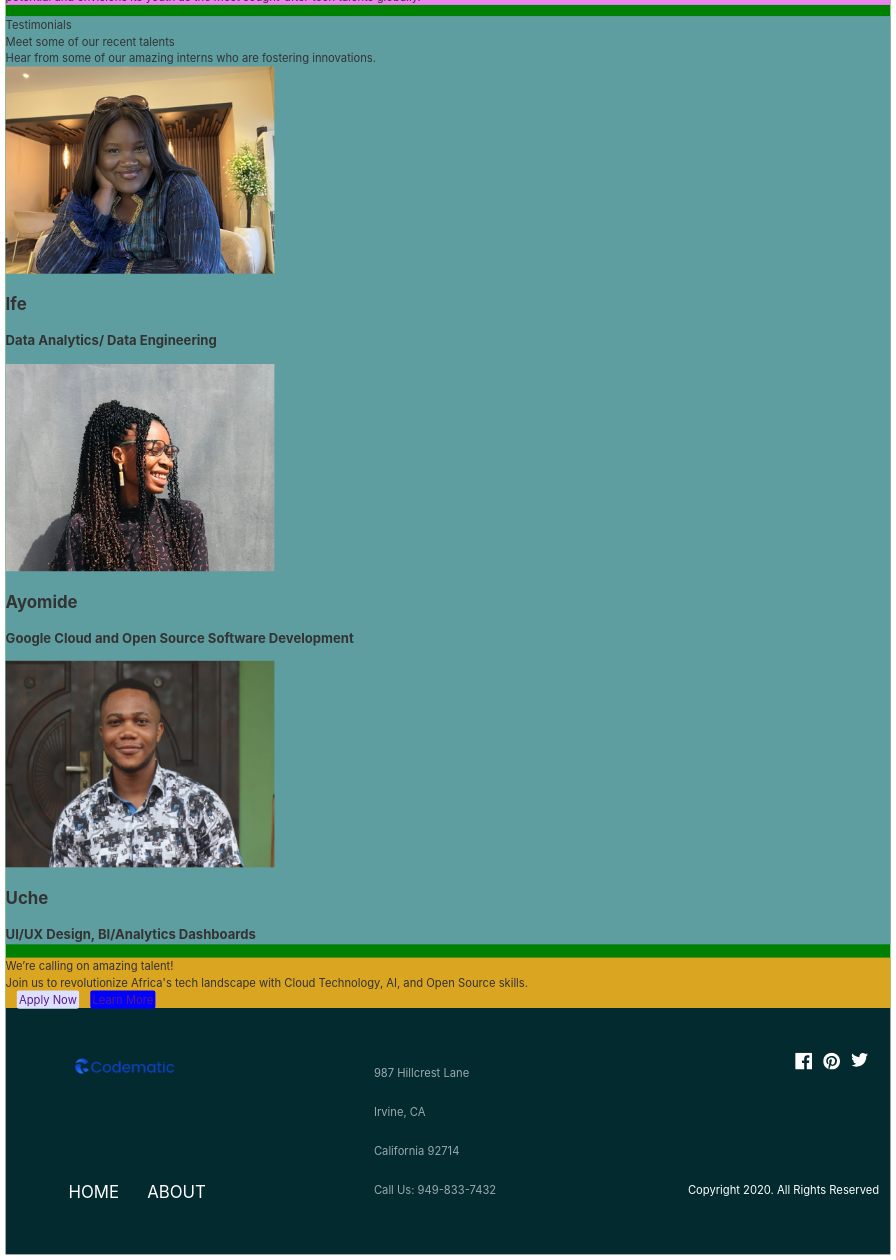
Repository: Gabriel221-dev/Codematic-page
Page: /
An editor plug-in stored every save of this project. The page is shown before and after the next save, followed by the edit.
The browser window is 1280 px wide. The pictures show the part of the page from y = 3280 to 5200 px (the page is 5080 px tall before and 5200 px after), at 70% of full size.
The project was rebuilt for these pictures with package versions that can differ from the ones it lists, and the page was loaded fresh each time. Also part of the build but not shown: vite.config.js.

Above is the page before, as saved 2024-07-25 10:39:28.

### src/App.jsx
import "./App.css";
import Home from "./pages/home";
import Header from "./components/Header";
import Footer from "./components/Footer";
import { BrowserRouter as Router, Route, Routes } from "react-router-dom";
import "./styles/global.css";

const App = () => {
  return (
    <Router>
      <Header />
      <main>
        <Routes>
          <Route path="/" element={<Home />} />
        </Routes>
      </main>
      <Footer />
    </Router>
  );
};

export default App;

### src/index.css
:root {
  font-family: Inter, system-ui, Avenir, Helvetica, Arial, sans-serif;
  line-height: 1.5;
  font-weight: 400;
  padding: 0 0;

  /* color-scheme: light dark;
  background-color: #242424;
  background-color:turquoise; */

}

### src/App.css
#root {
  max-width: 1280px;
  margin: 0 auto;
  /* padding: 2rem;
  text-align: center;
  background-color:bisque */

}

### src/components/Header.jsx
import { useState } from "react";
import { NavLink } from "react-router-dom";
import { FaBars } from "react-icons/fa";
import Sidebar from "./Sidebar";
import "./Header.css";
import { IconContext } from "react-icons";

const Header = () => {
  const [isSidebarToggled, setSidebarToggled] = useState(false);

  const handleToggle = () => {
    setSidebarToggled((prev) => !prev);
  };

  return (
    <>
      <IconContext.Provider value={{ color: "#fff" }}>
        <header className="header">
          <nav className="header__nav">
            <NavLink className="header__brand" to="/">
              <img
                className="header__logo"
                src="/public/Images/codematic-logo-dark-1536x351.png.png"
                alt="Logo"
                loading="eager"
                width="160"
              />
            </NavLink>

            <ul className="header__navigation">
              <li className="header__link">
                <NavLink
                  className={({ isActive }) =>
                    isActive
                      ? "header__anchor header__anchor--active"
                      : "header__anchor"
                  }
                  to="/"
                >
                  Home
                </NavLink>
              </li>
              <li className="header__link">
                <NavLink
                  className={({ isActive }) =>
                    isActive
                      ? "header__anchor header__anchor--active"
                      : "header__anchor"
                  }
                  to=""
                >
                  About Us
                </NavLink>
              </li>
              <li className="header__link">
                <NavLink
                  className={({ isActive }) =>
                    isActive
                      ? "header__anchor header__anchor--active"
                      : "header__anchor"
                  }
                  to=""
                >
                  Focus Areas
                </NavLink>
              </li>
              <li className="header__link">
                <NavLink
                  className={({ isActive }) =>
                    isActive
                      ? "header__anchor header__anchor--active"
                      : "header__anchor"
                  }
                  to=""
                >
                  Our Goals
                </NavLink>
              </li>
              <li className="header__link">
                <NavLink
                  className={({ isActive }) =>
                    isActive
                      ? "header__anchor header__anchor--active"
                      : "header__anchor"
                  }
                >
                  Testimonies
                </NavLink>
              </li>
              <NavLink className="header__btn" to="/contact">
                Apply Now
              </NavLink>
            </ul>

            <button
              className="header__menu"
              title="Toggle Menu"
              onClick={handleToggle}
            >
              <FaBars />
            </button>
          </nav>
          <Sidebar isOpen={isSidebarToggled} onToggle={handleToggle} />
        </header>
      </IconContext.Provider>
    </>
  );
};

export default Header;

### src/components/Footer.jsx
import { Link } from "react-router-dom";
import "./Footer.css";

const Footer = () => {
  return (
    <footer className="footer">
      <div className="footer__content">
        <div className="footer__pages">
          <img
            className="footer__logo"
            src="/public/Images/codematic-logo-dark-1536x351.png.png"
            alt="Logo"
            loading="lazy"
            width="160"
          />

          <ul className="footer__navigation">
            <li className="footer__link">
              <Link className="link-anchor footer__anchor" to="/">
                home
              </Link>
            </li>
            <li className="footer__link">
              <Link className="link-anchor footer__anchor" to="/about">
                about
              </Link>
            </li>
          </ul>
        </div>

        <div className="footer__information">
          <p className="footer__text paragraph-2">987 Hillcrest Lane</p>
          <p className="footer__text paragraph-2">Irvine, CA</p>
          <p className="footer__text paragraph-2">California 92714</p>
          <p className="footer__text paragraph-2">Call Us: 949-833-7432</p>
        </div>

        <div className="footer__more">
          <div className="footer__socials">
            <a href="#" aria-label="Facebook" className="footer__social">
              <svg
                className="footer__icon"
                xmlns="http://www.w3.org/2000/svg"
                width="24"
                height="24"
              >
                <path
                  fill="#FFF"
                  d="M22.675 0H1.325C.593 0 0 .593 0 1.325v21.351C0 23.407.593 24 1.325 24H12.82v-9.294H9.692v-3.622h3.128V8.413c0-3.1 1.893-4.788 4.659-4.788 1.325 0 2.463.099 2.795.143v3.24l-1.918.001c-1.504 0-1.795.715-1.795 1.763v2.313h3.587l-.467 3.622h-3.12V24h6.116c.73 0 1.323-.593 1.323-1.325V1.325C24 .593 23.407 0 22.675 0z"
                />
              </svg>
            </a>
            <a href="#" aria-label="Pinterest" className="footer__social">
              <svg
                className="footer__icon"
                xmlns="http://www.w3.org/2000/svg"
                width="24"
                height="24"
              >
                <path
                  fill="#FFF"
                  d="M12 0C5.373 0 0 5.372 0 12c0 5.084 3.163 9.426 7.627 11.174-.105-.949-.2-2.405.042-3.441.218-.937 1.407-5.965 1.407-5.965s-.359-.719-.359-1.782c0-1.668.967-2.914 2.171-2.914 1.023 0 1.518.769 1.518 1.69 0 1.029-.655 2.568-.994 3.995-.283 1.194.599 2.169 1.777 2.169 2.133 0 3.772-2.249 3.772-5.495 0-2.873-2.064-4.882-5.012-4.882-3.414 0-5.418 2.561-5.418 5.207 0 1.031.397 2.138.893 2.738a.36.36 0 01.083.345l-.333 1.36c-.053.22-.174.267-.402.161-1.499-.698-2.436-2.889-2.436-4.649 0-3.785 2.75-7.262 7.929-7.262 4.163 0 7.398 2.967 7.398 6.931 0 4.136-2.607 7.464-6.227 7.464-1.216 0-2.359-.631-2.75-1.378l-.748 2.853c-.271 1.043-1.002 2.35-1.492 3.146C9.57 23.812 10.763 24 12 24c6.627 0 12-5.373 12-12 0-6.628-5.373-12-12-12z"
                />
              </svg>
            </a>
            <a href="#" aria-label="Twitter" className="footer__social">
              <svg
                className="footer__icon"
                xmlns="http://www.w3.org/2000/svg"
                width="24"
                height="20"
              >
                <path
                  fill="#FFF"
                  d="M24 2.557a9.83 9.83 0 01-2.828.775A4.932 4.932 0 0023.337.608a9.864 9.864 0 01-3.127 1.195A4.916 4.916 0 0016.616.248c-3.179 0-5.515 2.966-4.797 6.045A13.978 13.978 0 011.671 1.149a4.93 4.93 0 001.523 6.574 4.903 4.903 0 01-2.229-.616c-.054 2.281 1.581 4.415 3.949 4.89a4.935 4.935 0 01-2.224.084 4.928 4.928 0 004.6 3.419A9.9 9.9 0 010 17.54a13.94 13.94 0 007.548 2.212c9.142 0 14.307-7.721 13.995-14.646A10.025 10.025 0 0024 2.557z"
                />
              </svg>
            </a>
          </div>
          <p className="footer__copy paragraph-2">
            Copyright 2020. All Rights Reserved
          </p>
        </div>
      </div>
    </footer>
  );
};

export default Footer;

### src/styles/global.css
* {
    /* margin: 0; */
    padding: 0;
    /* box-sizing: border-box; */
  }

  body {
    /* font-family: "Livvic", sans-serif; */
    /* line-height: 1.6; */
    color: #333;
    background-color: white;
  }

### src/pages/Home.css
.Home{
    /* padding: 1rem; */
    background-color:green;
}
.Home-1{
    background-color:red;
    text-align: center;
}
.mark{
    background-color:white;
    border-radius:12px;
    font-size: .6rem;
    padding:.1rem;
    margin-right: .5rem;
}
.academy-1{
    font-size: .6rem;
    background-color: lightcyan;
    border-radius:12px;
    padding: .3rem;
    text-decoration: none;
}
.heading-sub-1{
      text-align: center;
}
.heading-1{
    width: 45rem;
    height: 12.7rem;
    font-size: 2.8rem;
    justify-content: center;
    align-items: center;
    margin: 0 auto;
    font-weight: 600;
    background-color:white;
}
.sub-heading-1{
    font-size: .9rem;
    height: 120px;
    width: 20rem;
    justify-content: center;
    align-items: center;
    margin: 0 auto;
}
.action{
    gap: 12px;
    text-decoration: none;
}
.apply-heading{
    background-color:#DEE0FF;
    text-align: center;
    margin: 0 1rem;
    padding: .2rem;
    border-radius: 3px;
    text-decoration: none;
}

.learn-heading{
    background-color: blue;
    text-align: center;
    padding: .2rem;
    border-radius: 3px;
    text-decoration: none;
}

.Home-1 img{
    background-color:none;
    width: 65rem;
    height: 516px;
    padding: 1rem;
    margin: 2.9rem 0;
}


.Home-2{
    background-color:brown;
    display: flex;
    justify-content: space-between;
    height: 37rem;
}

.heading-sub-2{
    background-color:red;
    font-size: 1.4rem;
    font-style: normal;
    color: #fff;
    text-align: left;
    max-width: 30rem;
    text-align: left;
    height: 35rem;
    padding: 0 0 0 4rem;
    /* margin: 1rem 0 0 0; */
}

.sub-heading-2{
    font-size: 1rem;
    color:blue;
}

.heading-2{
    font-size: 1.8rem;
    font-weight: 500;
    color:pink;
}

.home-chair{
    flex: 1;
}


.text-2{
    font-size: 1rem;
}

.apply-now-2{
    background-color:blue;
    margin-top:1.8rem;
    padding: .7rem 2rem .7rem 0;
    font-size: .7rem;
    color:white;
    width: 7rem;
}

.Home-2 .img{
    flex: 1;
    display: flex;
    justify-content: center;
}

.Home-2 img{
    display: flex;
    align-items: center;
    text-align: left;
    height: 35rem;
    width: 32rem;
}


.Home-3{
    background-color:chocolate;
    text-align: center;
}

.heading-sub-3{
    padding: 2.5rem;
}

.sub-3{
    color:blue;
    font-size: .7rem;
}

.heading-3{
    color:black;
    font-size: 1.6rem;
    font-weight: 700;
}

.text-3{
    font-size: 1.1rem;
    width:40rem;
    display: flex;
    margin: 0 auto;
}

.Home-3 img{
    width: 66rem;
}

.Home-4{
    background-color:yellowgreen;
}

.Home-5{
    background-color:violet;
}

.Home-6{
    background-color:cadetblue;
}

.Home-7{
    background-color:goldenrod;
}

### src/components/Sidebar.jsx
import PropTypes from "prop-types";
import { useNavigate } from "react-router-dom";
import { AiOutlineClose } from "react-icons/ai";
import "./Sidebar.css";
import { IconContext } from "react-icons";

const Sidebar = ({ isOpen, onToggle }) => {
  const navigate = useNavigate();

  const handleNavigate = (path) => {
    navigate(path);
    onToggle();
  };

  return (
    <IconContext.Provider value={{ color: "#fff" }}>
      <div className={`sidebar ${isOpen ? "sidebar--open" : ""}`}>
        <div className="sidebar__overlay" onClick={onToggle}></div>
        <div className="sidebar__content">
          <div className="sidebar__header">
            <button
              className="sidebar__close"
              title="Close Menu"
              onClick={onToggle}
            >
              <AiOutlineClose />
            </button>
          </div>

          <ul className="sidebar__navigation">
            <li className="sidebar__link">
              <button
                className="sidebar__anchor"
                onClick={() => handleNavigate("/")}
              >
                home
              </button>
            </li>
            <li className="sidebar__link">
              <button
                className="sidebar__anchor"
                onClick={() => handleNavigate("/about")}
              >
                about
              </button>
            </li>
          </ul>

          <button
            className="sidebar__btn"
            onClick={() => handleNavigate("/contact")}
          >
            contact us
          </button>
        </div>
      </div>
    </IconContext.Provider>
  );
};

Sidebar.propTypes = {
  isOpen: PropTypes.bool.isRequired,
  onToggle: PropTypes.func.isRequired,
};

export default Sidebar;

### src/components/Header.css
.header {
    background-color: white;
    height: 1.55rem;
    display: flex;
    justify-content: space-between;
    align-items: center;
    padding: 1rem 7rem;
  }

  @media only screen and (max-width: 850px) {
    .header {
      height: 150px;
      /* background-color:red; */
      align-items:left;
    }
  }

  @media only screen and (max-width: 576px) {
    .header {
      height: 128px;
    }
  }

  .header__nav {
    /* display: flex;
    align-items: center;
    gap: 8rem; */
    grid-column: center-start / center-end;
    display: grid;
    grid-template-columns: max-content 1fr max-content;
    align-items: center;
    column-gap: 8rem;

    @media only screen and (max-width: 768px) {
      column-gap: 4rem;
    }

    @media only screen and (max-width: 576px) {
        grid-template-columns: repeat(2, 1fr);
        column-gap: 0;
    }
  }

  .header__logo {
    max-width: 158px;

    @media only screen and (max-width: 768px) {
      margin-right: 14rem;
      margin-left: -5rem;
    }
  }

  .header__navigation {
    list-style: none;
    display: flex;
    margin: 0;
    padding: 0;
    text-decoration: none;

    @media only screen and (max-width: 820px) {
      display: none;
    }
  }

  .header__link {
    margin-right: 2rem;
    text-decoration: none;
  }

  /* .header:last-child {
    margin-right: 0;
  } */

  .header__anchor {
    font-size: .89rem;
    text-decoration: none;
    color: #333;
    font-weight: bold;
  }

  .header__anchor:hover{
    text-decoration: none;
  }

  .header__anchor--active {
    color: black;
}

  .header__btn {
    font-size: .7rem;
    background-color: blue;
    border: 2px solid #fff;
    width: 4rem;
    border-radius:5px;
    color: #fff;
    padding: 0.5rem .5rem;
    margin-left: 2rem;
    text-decoration: none;
    display: inline-block;
    cursor: pointer;
    justify-self: end;

    @media only screen and (max-width: 820px) {
      display: none;
    }
  }

  .header__btn:hover{
    background-color:white;
    color:#004953;
    text-decoration: none;
    border-radius:16px;
    transform: scale(1.05);
    transition: transform 0.6s ease-in-out, border-bottom 0.6s ease;
  }

  .header__menu {
    display: none;

    @media only screen and (max-width: 820px) {
      display: flex;
      width: 50px;
      height: 28px;
      padding: .1rem;
      border: 0;
      outline: 0;
    }
  }

  .header__menu:hover{
    background:none;
  }

### src/components/Footer.css
.footer {
    background-color: #022a2f;
    display: grid;
    grid-template-rows: 48px auto 48px;
    padding: 1rem;
  }

  @media only screen and (max-width: 768px) { /* Example breakpoint */
    .footer {
      grid-template-rows: 50px repeat(1, min-content) 56px;
    }
  }

  @media only screen and (max-width: 650px) {
    .footer {
      grid-template-rows: 64px repeat(1, min-content) 64px;
    }
  }

  .footer__content {
    display: grid;
    grid-column: center-start / center-end;
    grid-template-columns: max-content 1fr max-content;
    column-gap: 12.5rem;
    grid-column: 2;
    grid-row: 2 / 3;
  }

  @media only screen and (max-width: 1024px) {
    .footer__content {
      column-gap: 8rem;
    }
  }

  @media only screen and (max-width: 768px) {
    .footer__content {
      grid-template-columns: repeat(1, 1fr);
      grid-template-rows: repeat(1, min-content);
      row-gap: 3.2rem;
    }
  }

  @media only screen and (max-width: 480px) {
    .footer__content {
      grid-template-columns: 1fr;
      grid-template-rows: repeat(1, min-content);
      /* row-gap: 2.4rem; */
    }
  }

  .footer__pages {
    display: flex;
    flex-direction: column;
    justify-content: space-between;
  }

  @media only screen and (max-width: 480px) {
    .footer__pages {
      grid-column: 1 / 3;
      grid-row: 1 / 2;
      justify-self: center;
      align-items: center;
    }
  }

  .footer__logo {
    width: 160px;
  }

  @media only screen and (max-width: 768px) {
    .footer__logo {
      width: 96px;
    }
  }

  @media only screen and (max-width: 480px) {
    .footer__logo {
      margin-bottom: 24px;
    }
  }

  .footer__navigation {
    list-style: none;
    display: flex;
    margin-bottom: 7px;
  }

  @media only screen and (max-width: 768px) {
    .footer__navigation {
      margin-bottom: 0;
    }
  }

  .footer__link {
    margin-right: 40px;
    transition: color 0.3s;
  }

  @media only screen and (max-width: 1024px) {
    .footer__link {
      margin-right: 24px;
    }
  }

  @media only screen and (max-width: 768px) {
    .footer__link {
      margin-right: 1rem;
      margin-bottom: 16px;
    }
  }

  .footer__link:hover {
    color: var(--light-coral);
  }

  .footer__anchor {
    text-decoration: none;
    color: white;
    font-size: 1.5rem;
    text-transform: uppercase;
  }

  @media only screen and (max-width: 768px) {
    .footer__anchor {
      font-size: 1.5rem;
    }
  }

  .footer__information {
    display: flex;
    flex-direction: column;
  }

  @media only screen and (max-width: 768px) {
    .footer__information {
      text-align: right;
      margin-bottom: 2px;
    }
  }

  @media only screen and (max-width: 480px) {
    .footer__information {
      grid-column: 1 / 3;
      grid-row: 2 / 3;
      text-align: center;
    }
  }

  .footer__text {
    color: white;
    mix-blend-mode: normal;
    opacity: 0.6;
  }

  .footer__more {
    display: flex;
    flex-direction: column;
    justify-content: space-between;
    align-items: flex-end;
  }

  @media only screen and (max-width: 768px) {
    .footer__more {
      grid-column: 1 / 3;
      grid-row: 2 / 3;
      flex-direction: row;
      align-items: center;
    }
  }

  @media only screen and (max-width: 480px) {
    .footer__more {
      grid-column: 1 / 3;
      grid-row: 3 / 4;
      flex-direction: column;
      margin-top: 16px;
    }
  }

  .footer__socials {
    display: flex;
    margin-bottom: 7px;
  }

  @media only screen and (max-width: 768px) {
    .footer__socials {
      line-height: 0;
    }
  }

  @media only screen and (max-width: 480px) {
    .footer__socials {
      margin-bottom: 16px;
    }
  }

  .footer__social {
    margin-right: 16px;
    transition: fill 0.3s;
  }

  .footer__icon {
    width: 24px;
    height: 24px;
  }

  .footer__copy {
    color: white;
  }

### src/components/Sidebar.css
.sidebar {
    display: none;
    width: 100%;
    height: 100%;
    position: fixed;
    top: 0;
    left: 0;
    z-index: 100;
    transition: all 0.3s ease;
  }

  .sidebar--open {
    display: grid;
    grid-template-columns: 1fr min-content;
  }

  .sidebar__overlay {
    grid-column: 1 / -1;
    grid-row: 1 / 2;
    background-color: rgba(0, 0, 0, 0.5);
    transition: background-color 0.3s ease;

  }

  .sidebar__content {
    grid-column: 2 / 3;
    grid-row: 1 / 2;
    background-color: #194c4c;
    width: 250px;
    display: grid;
    grid-template-rows: 128px repeat(2, min-content);
    grid-template-columns: 48px 1fr 25px;
    transition: width 0.3s ease;
    transition: width .4s ease;

  }

  .sidebar__header {
    grid-column: 2 / 3;
    justify-self: end;
    align-self: center;
  }

  .sidebar__close {
    background-color:#194c4c ;
    width: 30px;
    border: 0;
    outline: 0;
  }

  .sidebar__close:hover{
    background-color:#194c4c;
  }

  .sidebar__navigation {
    grid-column: 2 / 3;
    list-style: none;
    margin: 0;
    padding: 0;
  }

  .sidebar__link {
    margin-bottom: 2.4rem;
  }

  .sidebar__anchor {
    font-size: 1.1rem;
    color: #fff;
    background: transparent;
    border: none;
    text-decoration: none;
    cursor: pointer;
  }

  .sidebar__anchor:hover{
    background:none;
  }

  .sidebar__btn {
    grid-column: 2 / 3;
    background-color: transparent;
    border: 1px solid #fff;
    color: #fff;
    padding: 0.5rem 1rem;
    text-decoration: none;
    display: inline-block;
    cursor: pointer;
    width: 159px;
  }

  .sidebar__btn:hover{
    background:white;
    color:#194c4c;
    transform: scale(1.05);
    transition: transform 0.3s ease-in-out, border-bottom 0.6s ease;
  }

  .sidebar--open .sidebar__overlay {
    background-color: rgba(0, 0, 0, 0.5);
  }

  .sidebar--open .sidebar__content {
    width: 250px;
  }

  @media (max-width: 768px) {
    .header__menu {
      display: grid;
      background-color: transparent;
      width: 24px;
      border: 0;
      outline: 0;
      justify-self: end;
      align-self: center;
      margin-left: auto;
    }
  }

Loaded but not shown: index.html (common file); src/main.jsx (common file); src/pages/home.jsx (255 lines, source omitted)

After the next save:
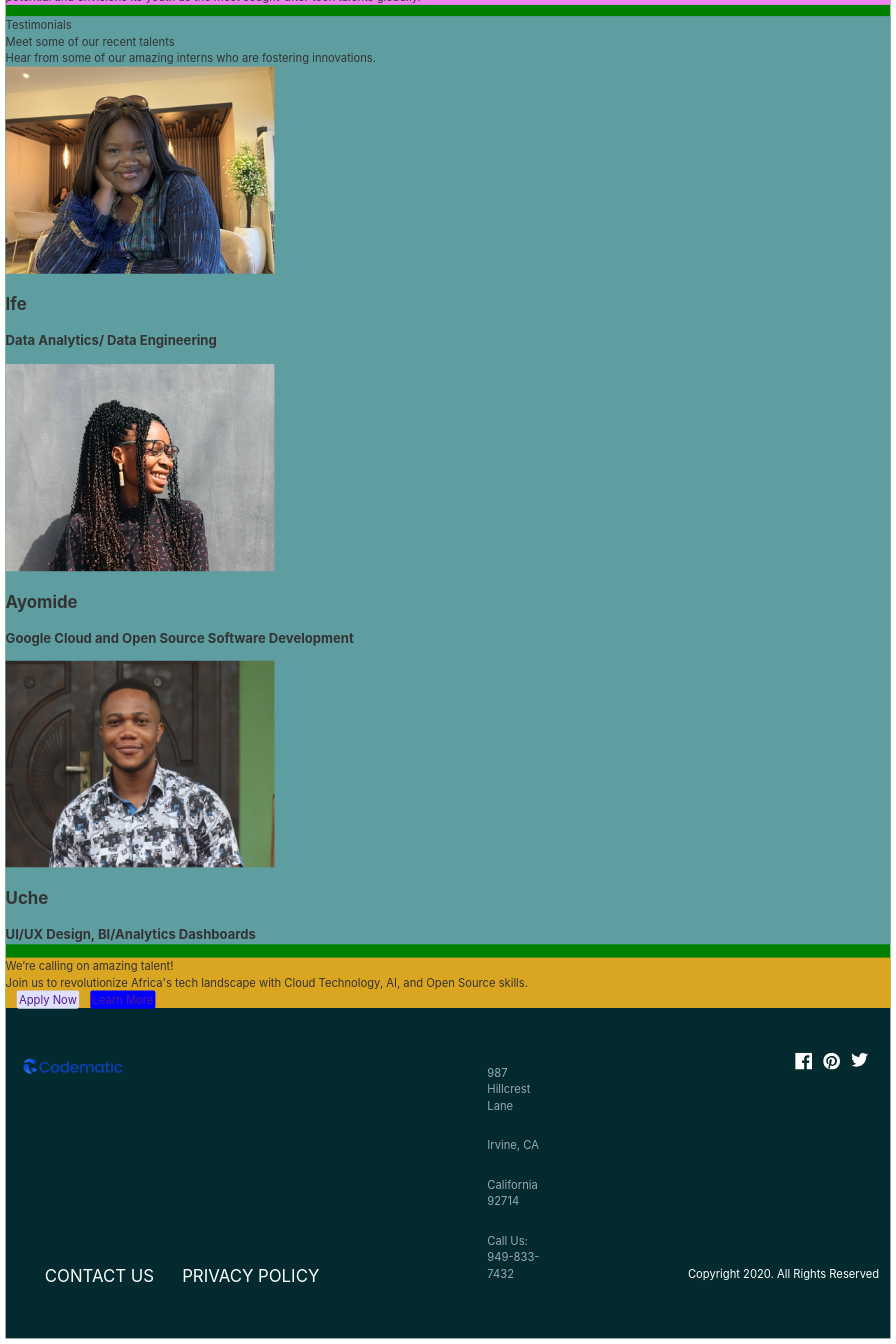
Saved 78 s later.
--- a/src/components/Footer.jsx
+++ b/src/components/Footer.jsx
@@ -16,13 +16,16 @@
 
           <ul className="footer__navigation">
             <li className="footer__link">
-              <Link className="link-anchor footer__anchor" to="/">
-                home
+              <Link className="link-anchor footer__anchor" to="/"></Link>
+            </li>
+            <li className="footer__link">
+              <Link className="link-anchor footer__anchor" to="/about">
+                Contact Us
               </Link>
             </li>
             <li className="footer__link">
               <Link className="link-anchor footer__anchor" to="/about">
-                about
+                Privacy Policy
               </Link>
             </li>
           </ul>
